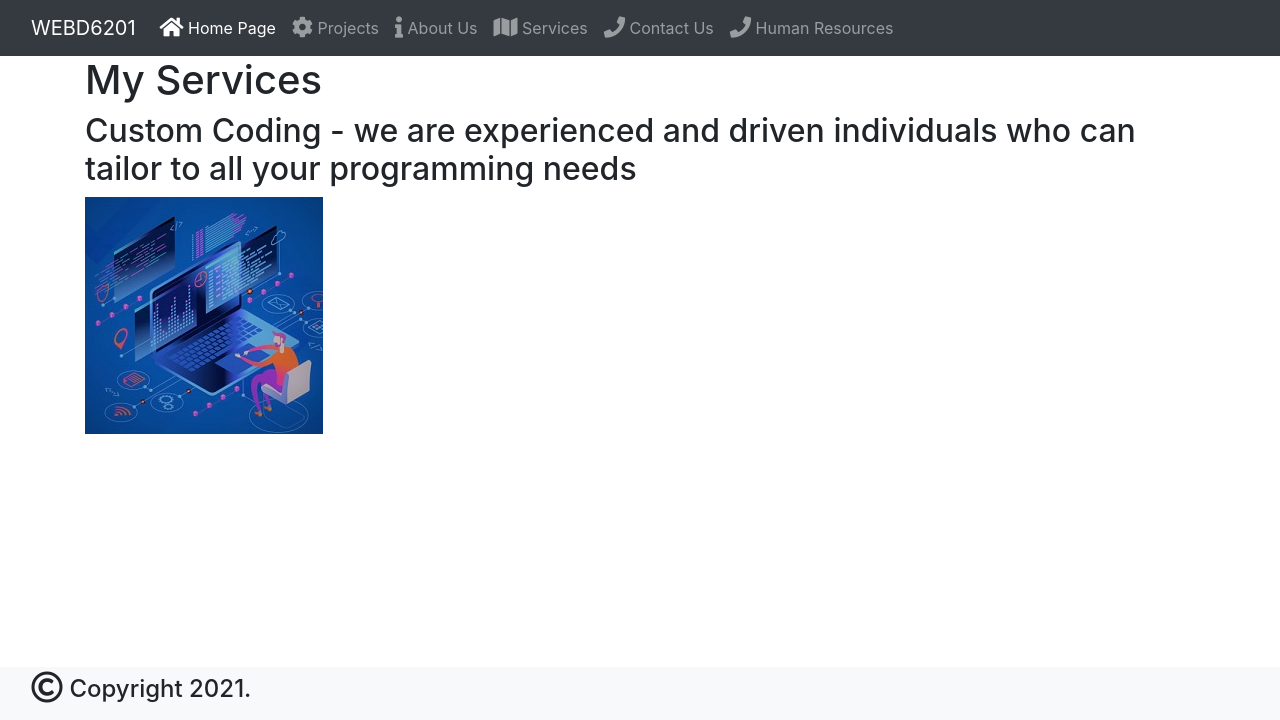
Repository: arbin6ix/ICE-2
Page: services.html
An editor plug-in stored every save of this project. The page is shown before and after the next save, followed by the edit.
The browser window is 1280 px wide. The pictures show the whole page.

Above is the page before, as saved 2021-02-05 22:45:35.

### services.html
<!DOCTYPE html>
<html lang="en">
<head>
    <meta charset="UTF-8">
    <meta name="viewport" content="width=device-width, initial-scale=1.0">
    <title>Services</title>
    <!-- CSS Section -->
    <link rel="stylesheet" href="./node_modules/bootstrap/dist/css/bootstrap.min.css">
    <link rel="stylesheet" href="./node_modules/@fortawesome/fontawesome-free/css/all.min.css">
    <link rel="stylesheet" href="./Content/app.css">
</head>
<body>
    <!-- Main Header -->
    <header>
        <!-- Main Navigation -->
        <nav class="navbar navbar-expand-lg navbar-dark bg-dark">
          <div class="container-fluid">
            <a class="navbar-brand" href="services.html">WEBD6201</a>
            <button class="navbar-toggler" type="button" data-bs-toggle="collapse" data-bs-target="#navbarSupportedContent" aria-controls="navbarSupportedContent" aria-expanded="false" aria-label="Toggle navigation">
              <span class="navbar-toggler-icon"></span>
            </button>
            <div class="collapse navbar-collapse" id="navbarSupportedContent";>
              <ul class="navbar-nav me-auto mb-2 mb-lg-0">
                <li class="nav-item">
                  <a class="nav-link active" aria-current="page" href="index.html"><i class="fas fa-home fa-lg"></i> Home Page</a>
                </li>

                <li class="nav-item">
                  <a class="nav-link" aria-current="page" href="projects.html"><i class="fas fa-cog fa-lg"></i> Projects</a>
                </li>

                <li class="nav-item">
                  <a class="nav-link" aria-current="page" href="about.html"><i class="fas fa-info fa-lg"></i> About Us</a>
                </li>

                <li class="nav-item">
                  <a class="nav-link" aria-current="page" href="services.html"><i class="fas fa-map fa-lg"></i> Services</a>
                </li>

                <li class="nav-item">
                  <a class="nav-link" aria-current="page" href="contact.html"><i class="fas fa-phone fa-lg"></i> Contact Us</a>
                </li>

                <li class="nav-item">
                  <a class="nav-link" aria-current="page" href="human-resources.html"><i class="fas fa-phone fa-lg"></i> Human Resources</a>
                </li>
              </ul>
            </div>
          </div>
        </nav>
  </header>
    <!-- Main Content -->
    <main class="container">
        <h1>My Services</h1>
        <h2>Custom Coding - we are experienced and driven individuals who can tailor to all your programming needs</h2>
        <img src="images/coding.jpg">
    </main>

    <!-- Main Footer -->
    <footer>
        <nav class="navbar fixed-bottom navbar-light bg-light">
            <div class="container-fluid">
              <h4><i class="far fa-copyright fa-lg"></i> Copyright 2021.</h4>
            </div>
          </nav>
    </footer>

    <!-- Script Section-->
    <script src="./node_modules/jquery/dist/jquery.min.js"></script>
    <script src="./node_modules/bootstrap/dist/js/bootstrap.bundle.min.js"></script>
    <script src="./Scripts/app.js"></script>
</body>
</html>

### Scripts/app.js
/* custom JavaScript goes here */

//IIFE - Immediately Invoked Function Expression
//AKA - Anonymous Self-Executing Function
//Closure - limits scope leak

"use strict";
//Contact Class


(function()
{
    function displayHome()
    {
        let paragraphOneText =
          "This is a simple site to demonstrate DOM Manipulation for ICE 2";

        let paragraphOneElement = document.getElementById("paragraphOne");

        paragraphOneElement.textContent = paragraphOneText;
        paragraphOneElement.className = "fs-5";

        // Step 1. document.createElement
        let newParagraph = document.createElement("p");
        // Step 2. configure the element
        newParagraph.setAttribute("id", "paragraphTwo");
        newParagraph.textContent = "...And this is paragraph two";
        // Step 3. select the parent element
        let mainContent = document.getElementsByTagName("main")[0];
        // Step 4. Add / Insert the element
        mainContent.appendChild(newParagraph);

        newParagraph.className = "fs-6";

        // another way of injecting content
        let paragraphDiv = document.createElement("div");
        let paragraphThree = `<p id="paragraphThree" class="fs-7 fw-bold">And this is the Third Paragraph</p>`;
        paragraphDiv.innerHTML = paragraphThree;

        // insertions

        // example of inserting before a node
        //newParagraph.before(paragraphDiv);

        // example of inserting after a node
        newParagraph.after(paragraphDiv);

        // deletions

        // example of removing a single element
        //paragraphOneElement.remove();

        // example of removeChild
        mainContent.removeChild(paragraphOneElement);

        // update / modification
        //mainContent.firstElementChild.textContent = "Welcome Home!";

        mainContent.innerHTML = `<h1 id="firstHeading">Welcome to WEBD6201 - Lab 1</h1>
         <p id="paragraphOne" class="fs-3 fw-bold">This is my first Paragraph</p>
        `;

    }

    function displayAbout()
    {

    }

    function displayProjects()
    {

    }

    function displayServices()
    {

    }

    function displayContact()
    {
        let messageArea = document.getElementById("messageArea");
        messageArea.hidden = true;

        // form validation
        let fullName = document.getElementById("fullName");
        fullName.addEventListener("blur", function() {
            if(fullName.value.length < 2)
            {
                fullName.focus();
                fullName.select();
                messageArea.hidden = false;
                messageArea.className = "alert alert-danger";
                messageArea.textContent = "Please enter an appropriate Name";
            }
            else
            {
                messageArea.removeAttribute("class");
                messageArea.hidden = true;
            }
        });

        let sendButton = document.getElementById("sendButton");
        sendButton.addEventListener("click", function(event){
            //event.preventDefault();


            let contact = new Contact(fullName.value, contactNumber.value, emailAddress.value);
              localStorage.setItem((localStorage.length + 1).toString(), contact.serialize());







        });
    }

    function displayContactList()
    {
      if (localStorage.length > 0)
      {
        let contactList = document.getElementById("contactList");

        let data = "";

        for (let index = 0; index < localStorage.length; index++)
        {
          let contactData = localStorage.getItem((index + 1).toString());

          let contact = new Contact();
          contact.deserialize(contactData);

          data += `<tr>
          <th scope="row">${index + 1}</th>
          <td>${contact.FullName}</td>
          <td>${contact.ContactNumber}</td>
          <td>${contact.EmailAddress}</td>
        </tr>`;
        }

        contactList.innerHTML = data;
      }
    }



    function Start()
    {
        console.log("App Started...");

        switch (document.title)
        {
          case "Home":
              displayHome();
            break;
          case "About":
              displayAbout();
            break;
          case "Projects":
              displayProjects();
            break;
          case "Services":
              displayServices();
            break;
          case "Contact":
              displayContact();
            break;
          case "Contact-List":
            displayContactList();
          break;
        }

    }

    window.addEventListener("load", Start);

})();

Loaded but not shown: node_modules/bootstrap/dist/css/bootstrap.min.css (library); node_modules/@fortawesome/fontawesome-free/css/all.min.css (library); Content/app.css (common file); node_modules/jquery/dist/jquery.min.js (library); node_modules/bootstrap/dist/js/bootstrap.bundle.min.js (library)

After the next save:
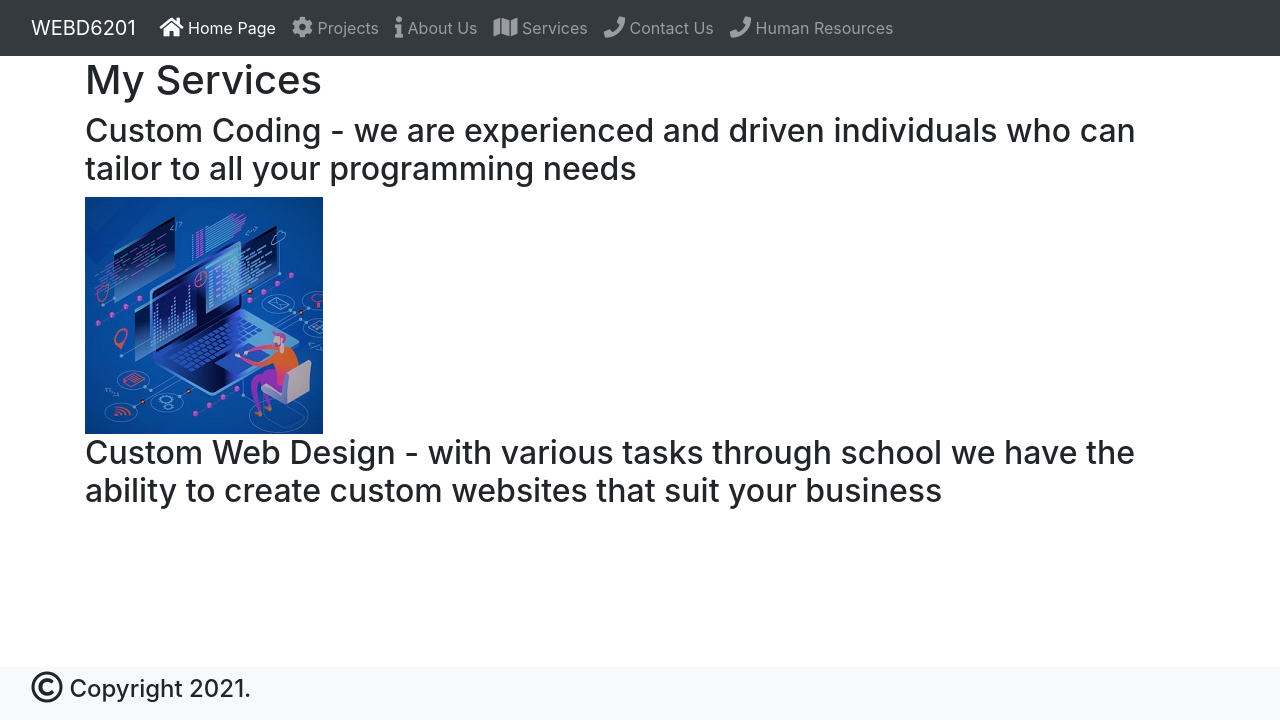
Saved 3 min 19 s later.
--- a/services.html
+++ b/services.html
@@ -54,6 +54,7 @@
         <h1>My Services</h1>
         <h2>Custom Coding - we are experienced and driven individuals who can tailor to all your programming needs</h2>
         <img src="images/coding.jpg">
+        <h2>Custom Web Design - with various tasks through school we have the ability to create custom websites that suit your business</h2>
     </main>
 
     <!-- Main Footer -->
